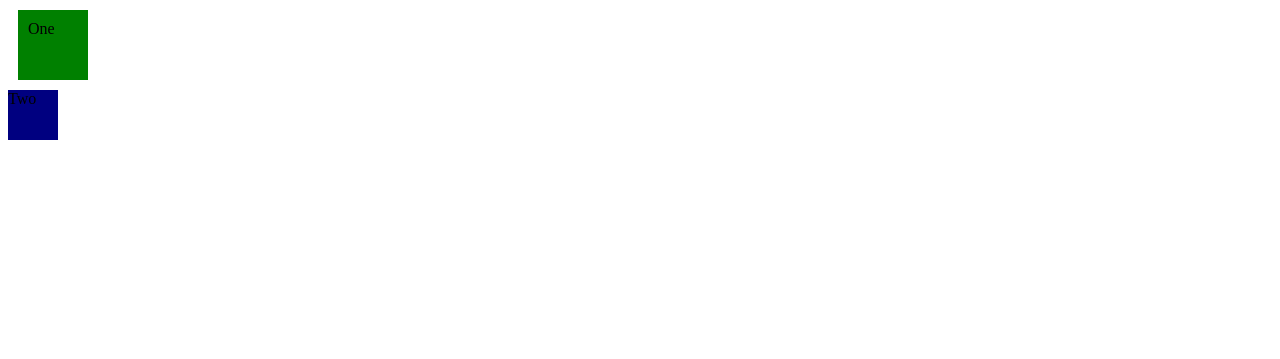
Repository: Peacepapi/1702Java
Page: web/src/main/webapp/box.html
An editor plug-in stored every save of this project. The page is shown before and after the next save, followed by the edit.
The browser window is 1280 px wide. The pictures show the whole page.

Above is the page before, as saved 2017-02-24 18:13:04.

After the next save:
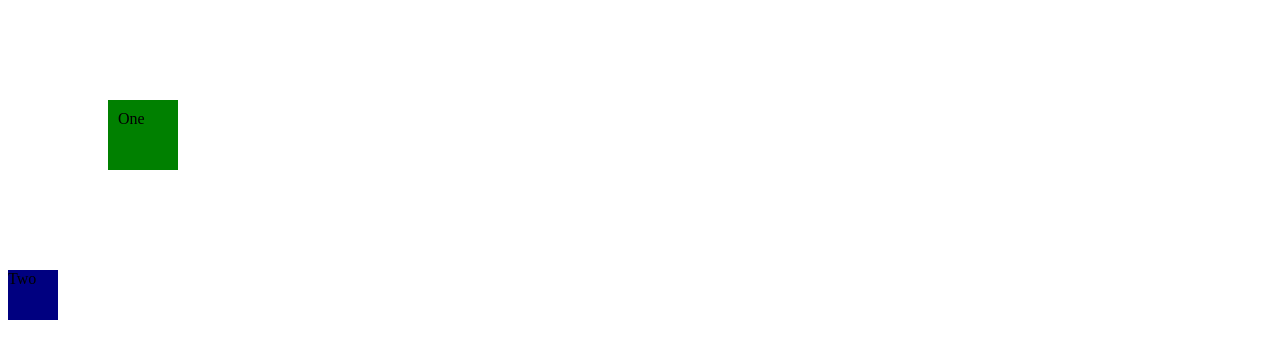
Saved 70 s later.
--- a/web/src/main/webapp/box.html
+++ b/web/src/main/webapp/box.html
@@ -13,7 +13,7 @@
 	border-width: 10px;
 	border: 10px;
 	padding: 10px;
-	margin: 10px;
+	margin: 100px;
 }
 #two{
 	height: 50px;
